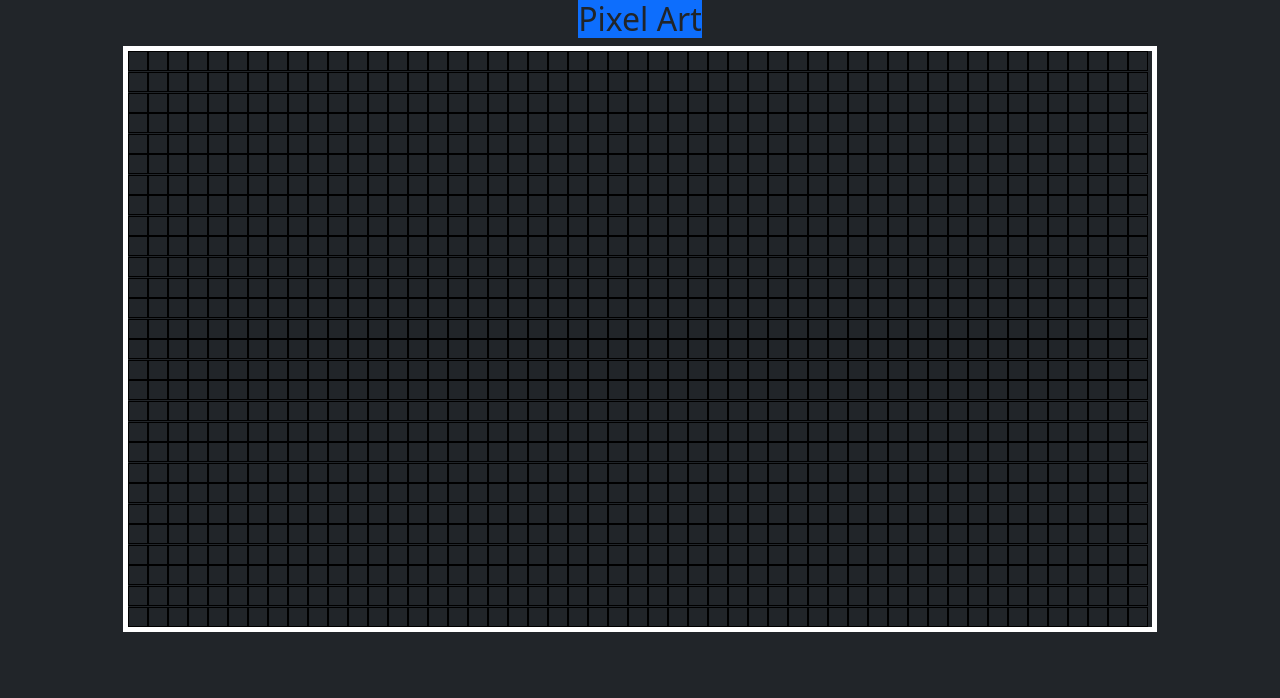
Repository: bechara611/pixelartdb
Page: /
An editor plug-in stored every save of this project. The page is shown before and after the next save, followed by the edit.
The browser window is 1280 px wide. The pictures show the whole page.
The project was rebuilt for these pictures with package versions that can differ from the ones it lists, and the page was loaded fresh each time. Also part of the build but not shown: vite.config.js.

Above is the page before, as saved 2023-03-07 11:34:20.

### src/main.jsx
import React from 'react'
import ReactDOM from 'react-dom/client'
import App from './App'
import 'bootstrap/dist/css/bootstrap.min.css'
import 'bootstrap/dist/js/bootstrap.bundle.js'

ReactDOM.createRoot(document.getElementById('root')).render(

    <App />

)

### src/App.jsx

import { useEffect, useState } from 'react'
import './App.css'
import { SelectableGroup } from 'react-selectable-fast'
import { Pixel } from './Pixel'

const App = () => {
  const [pixels, setPixels] = useState([])
  const [isSelecting, setIsSelecting] = useState(false)
  const [startIndex, setStartIndex] = useState(null)

  useEffect(() => {
    let contenedor = document.getElementById('contenedor')
    let divsAloAlto = Math.floor(contenedor.offsetHeight / 20)
    let divsAlOancho = Math.floor(contenedor.offsetWidth / 20);
    //para saber cuantos divs necesita un contenedor multiplica el numero de divs a lo alto * el numero de divds a lo ancho
    setPixels(Array.from({ length: divsAloAlto * divsAlOancho }, () => { return { active: false, color: 'transparent' } }))

  }, [])

  const funcionArray = (index) => {
    let nuevoArray = [...pixels]
    nuevoArray[index] = { active: true, color: 'transparent' }
    setPixels(nuevoArray)
  }

  useEffect(() => {
    //console.log({ pixels })
  }, [pixels])

  const onMouseDown = (index) => {
    setIsSelecting(true);
    setStartIndex(index)
    // console.log('onMouseDown')
  }


  const onMouseOver2 = (index) => {
    if (isSelecting) {
      const pixelsupdated = [...pixels]
      pixelsupdated[index] = { ...pixelsupdated[index], active: true }

      setPixels(pixelsupdated)

    }
    // console.log('onMouseOver')
  }
  const onMouseUp2 = (index) => {
    setIsSelecting(false)

  }
  return (
    <>
      <div className="bg-dark fondo">
        <div className="contenedor-mayor">
          <h2 className='bg-primary'>Pixel Art</h2>
        </div>

        <div className="contenedor-mayor ">
    <div className="contorno">
          <div className="contenedor " id='contenedor'>

            {

              pixels.map((a, index) => {
                return <Pixel key={index}
                color={a.color}
                  active={a.active}
                  funcion={() => funcionArray(index)}
                  onMouseDown={() => { onMouseDown(index) }}
                  onMouseUp={() => { onMouseUp2(index) }}
                  onMouseOver={() => { onMouseOver2(index) }}
                ></Pixel>
              })

            }

          </div>
          </div>
        </div>
      </div>
    </>
  )
}

export default App

### src/App.css
.fondo{
  height: 100vh;
}
.contorno{
  border: 5px solid white;
}

.contenedor-mayor{
  display: flex;
  flex-direction: row;
  justify-content: center;
  justify-self: center;
  align-items: center;

}

.pixel {
  width: 20px;
  height: 20px;
  border: 1px solid rgb(0, 0, 0);

  box-sizing: border-box;

}

.active {
background: transparent;
}

.contenedor {

  display: flex;
  flex-direction: row;
  flex-wrap: wrap;
  width: 80vw;
  height: 80vh;
  max-width: 80vw;
  max-height: 80vh;



}

### src/Pixel.jsx
import React, { useState } from 'react'
import './App.css'
import {selectableGroup, createSelectable} from 'react-selectable-fast'
export const Pixel = (props) => {
    const [isActive, setisActive] = useState(false)
  return (

 <div className={`pixel ${props.active ? 'active' : ''}`} style={{ background:props.active ? props.color : ''}}
 onClick={()=>{
    setisActive(!isActive)
    props.funcion();
}}
onMouseDown={()=>{props.onMouseDown()}}
onMouseUp={()=>{props.onMouseUp()}}
onTouchEnd={()=>{props.onMouseUp()}}
onMouseOver={()=>{props.onMouseOver()}}
onTouchStart={()=>{{
    props.onMouseDown()
    props.onMouseOver()}}}
 >

 </div>
  )
}

Loaded but not shown: index.html (common file)

After the next save:
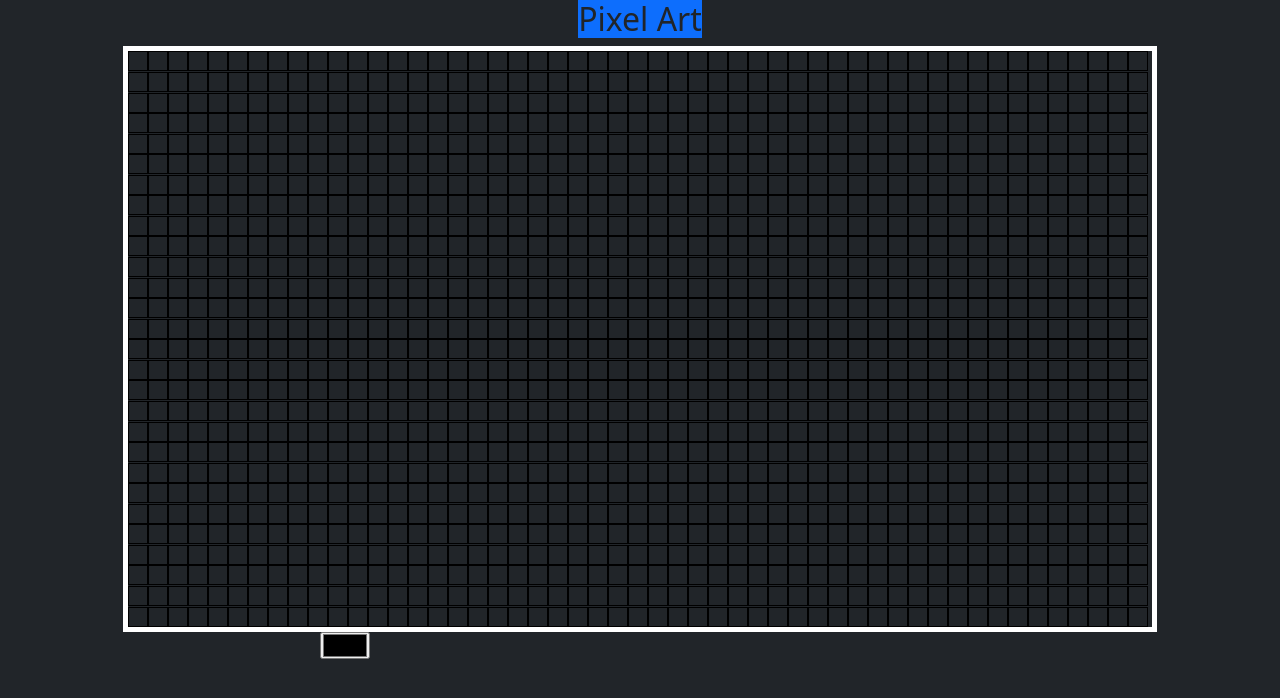
Saved 2 min 34 s later.
--- a/src/App.jsx
+++ b/src/App.jsx
@@ -78,6 +78,11 @@ const App = () => {
           </div>
           </div>
         </div>
+        <div className="col-12 contenedor-mayor">
+        <div className="col-6">
+        <input type="color" />
+        </div>
+        </div>
       </div>
     </>
   )
